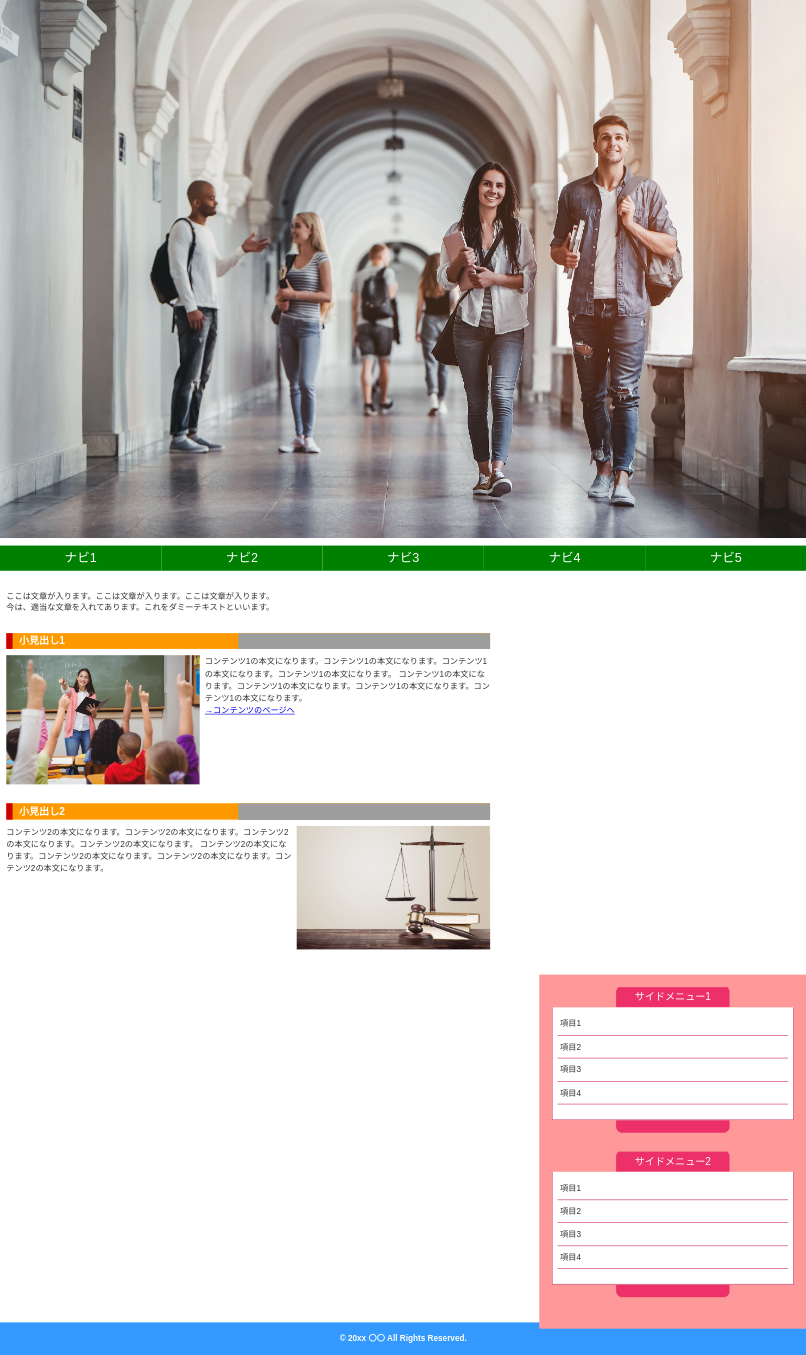
Repository: KAZMA5/samurai_HTML-CSS
Page: 6章まで/home.html
The author's editor kept a record of every edit. The page is drawn from the files as they stood at one moment, then again after the next edit.
The browser window is 1280 px wide. The pictures show the whole page, at 63% of full size.
Pictures or frames that could not be fetched are drawn as grey boxes.

Above is the page before.

After the next edit:
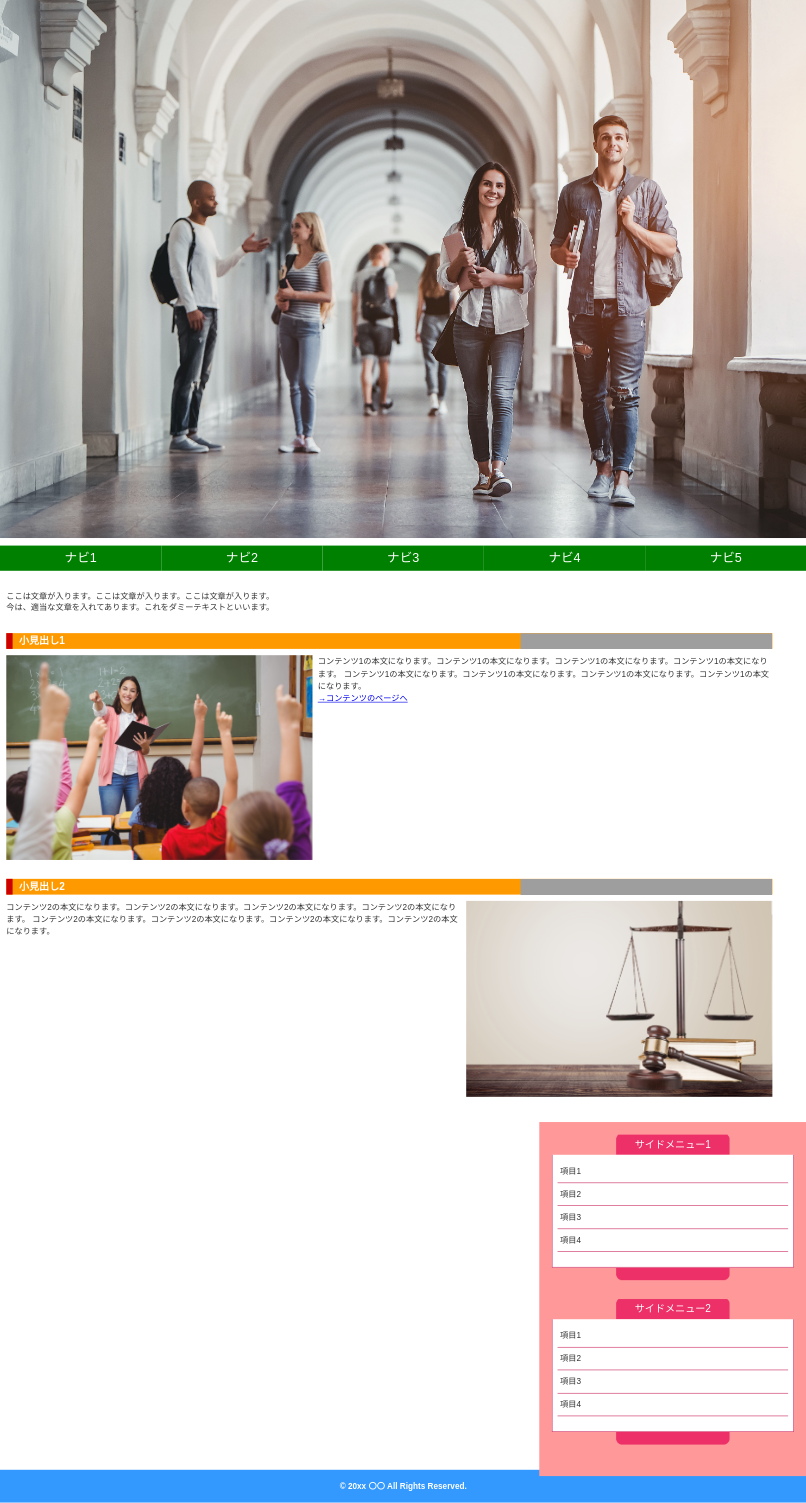
The edit:
--- a/6章まで/stylesheet.css
+++ b/6章まで/stylesheet.css
@@ -87,8 +87,6 @@
 /*----------------------------main---------------------------*/
 #main {
         width: 95%;
-        float: left;
-        width: 60%;
         padding: 10px 30px 10px 10px;
 }
 #main h2 {
